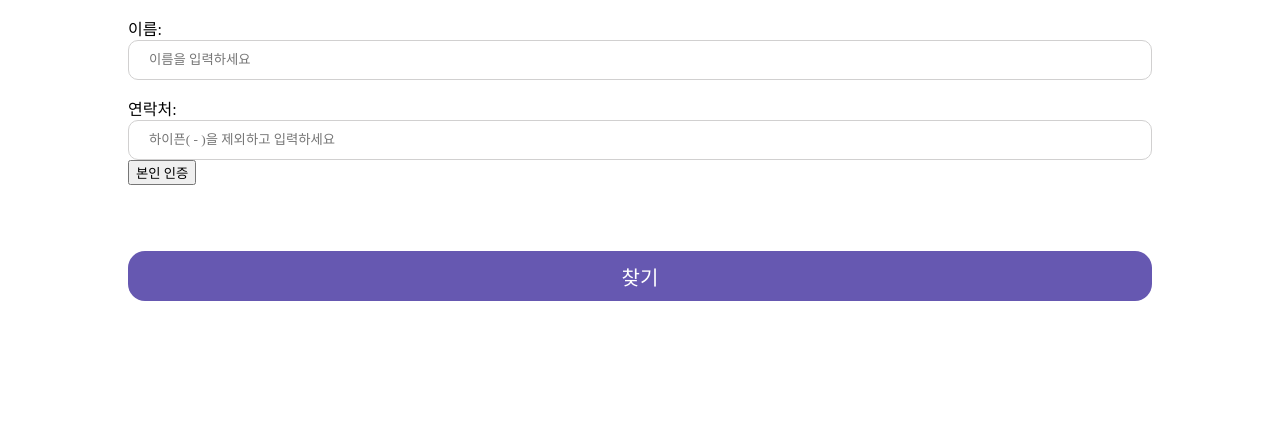
Repository: PEPI-dev/UI
Page: edit_profile/edit_profile.html
These files come from the project's save history. The page is drawn as it stood at one moment and after the next save; the edit follows.
The browser window is 1280 px wide. The pictures show the whole page.
Some web fonts or font styles are not loaded; a fallback is used.

Above is the page before, as saved 2023-12-05 17:10:07.

After the next save:
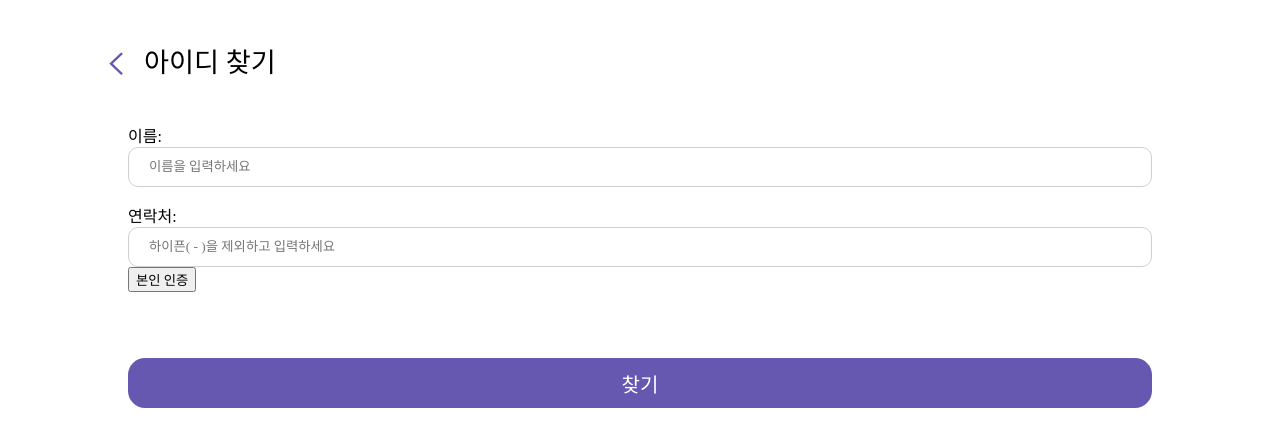
Saved 6 s later.
--- a/edit_profile/edit_profile.html
+++ b/edit_profile/edit_profile.html
@@ -9,7 +9,10 @@
     <link rel="stylesheet" type="text/css" href="../a_XEIcon-2.2.0/xeicon.min.css">
 </head>
 <body>
-
+    <header>
+        <i class="xi-angle-left" id="back"></i>
+        <span class="title">아이디 찾기</span>
+    </header>
 
     <form class="form_class" action="#">
         <input type="hidden" id="check" value="n">
